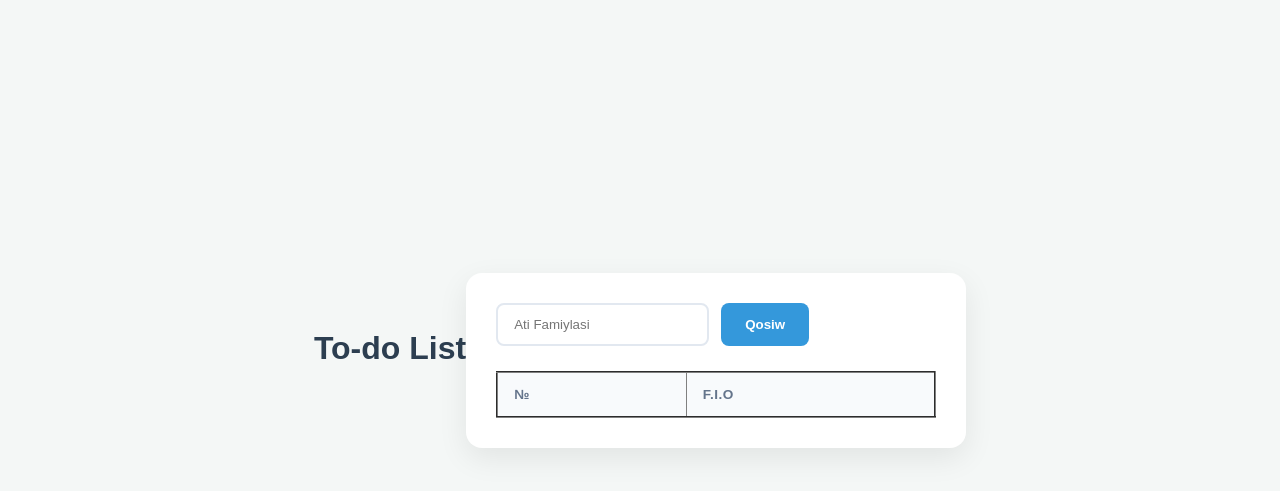
Repository: atamuratov777/my-to-do-list
Page: index.html
An editor plug-in stored every save of this project. The page is shown before and after the next save, followed by the edit.
The browser window is 1280 px wide. The pictures show the whole page.

Above is the page before, as saved 2026-06-18 14:14:36.

After the next save:
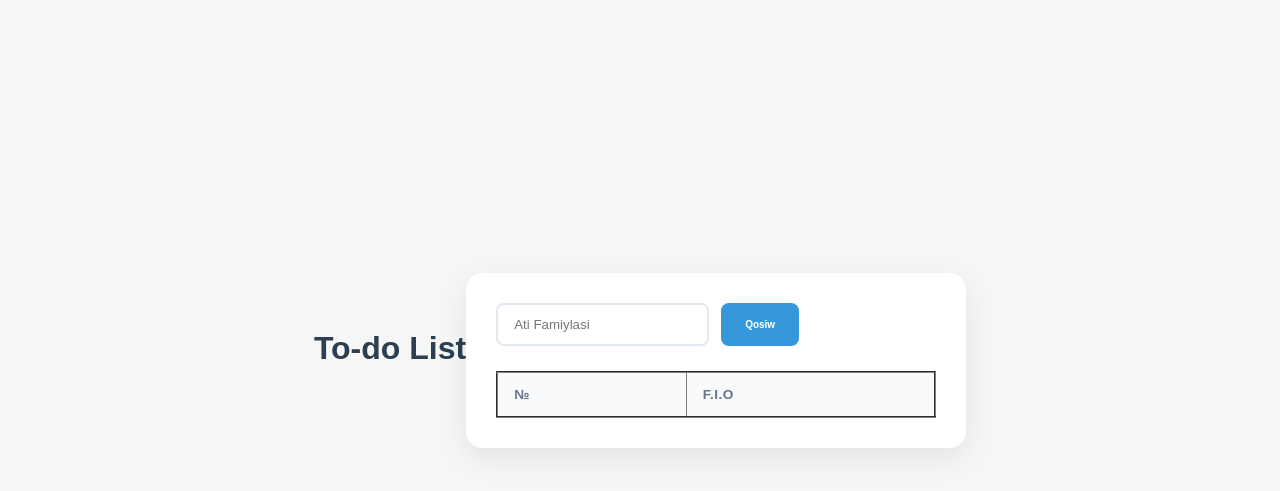
Saved 4 s later.
--- a/style.css
+++ b/style.css
@@ -60,7 +60,7 @@ button {
     color: white;
     border: none;
     border-radius: 8px;
-    font-size: 1;
+    font-size: 10PX;
     font-weight: 600;
     cursor: pointer;
 
